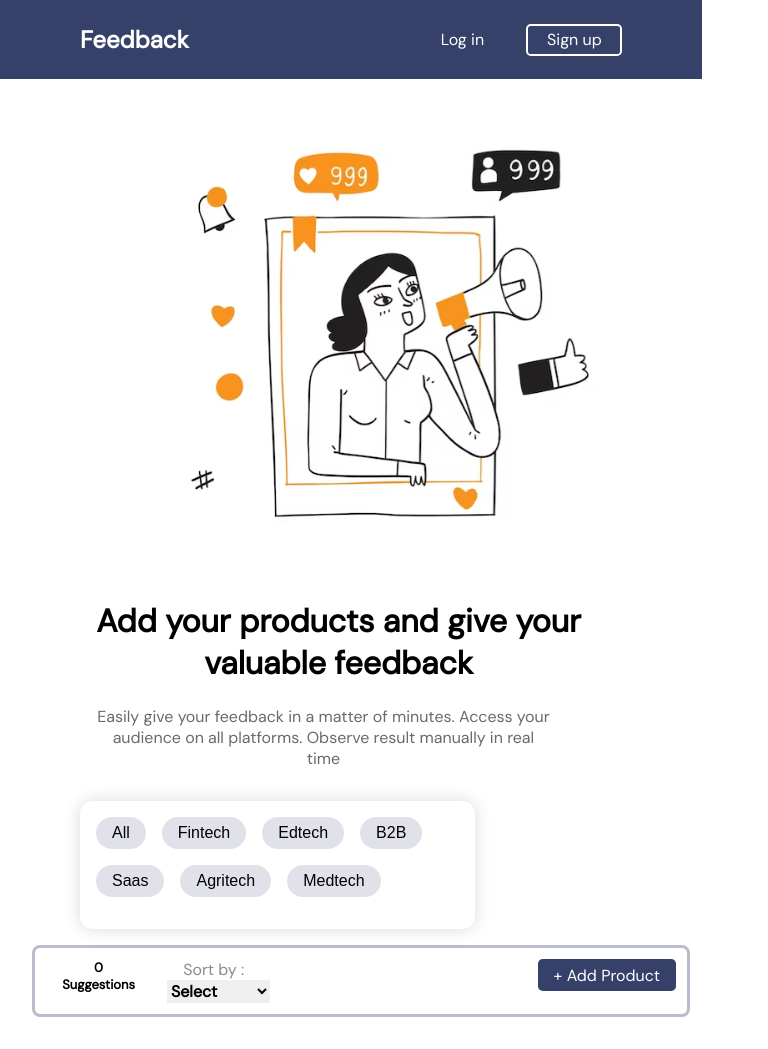
Repository: drumsmanku/final-evaluation-test
Page: / (app in client/)
The author's editor kept a copy of each file at every save. The page is drawn from the files as they stood at one save, then again after the next save.
The browser window is 768 px wide. The pictures show the whole page.
The page's requests for data from a server got no answer. The project was rebuilt for these pictures with package versions that can differ from the ones it lists, and the page was loaded fresh each time. No one was signed in, and anything a server would have sent is missing. Also part of the build but not shown: client/src/CSS/LoginPopUp.css, client/src/Components/LoginPopUp.js, client/src/CSS/SignupPopUp.css, client/src/Components/SignupPopUp.js, client/src/CSS/AddProductPopUp.css, client/src/Components/AddProductPopUp.js, client/src/Components/CommentsSection.js, client/src/CSS/SignUp.css and 3 more.

Above is the page before, as saved 2023-08-01 07:36:53.

### client/src/App.js
import './App.css';
import { BrowserRouter as Router, Route, Routes} from 'react-router-dom';
import MainPage from './Components/MainPage';
import SignUp from './Components/SignUp';
import Login from './Components/Login';
function App() {
  return (
    <div className="App">
      <Router>
        <Routes>
          <Route path='/' element={<MainPage/>}/>
          <Route path='/signup' element={<SignUp/>}/>
          <Route path='/login' element={<Login/>}/>
        </Routes>
      </Router>
    </div>
  );
}

export default App;

### client/src/Components/MainPage.js
import React, {useState, useEffect, useMemo} from 'react';
import '../CSS/MainPage.css';
import profile from'../Assets/profilepic.webp';
import img1 from '../Assets/frontphoto.png';
import axios from 'axios';
import comments from '../Assets/comments.png';
import { useNavigate } from 'react-router-dom';
import LoginPopUp from './LoginPopUp';
import SignupPopUp from './SignupPopUp';
import AddProductPopUp from './AddProductPopUp';
import CommentsSection from './CommentsSection';
import upvote from '../Assets/upvote.png';
import comment1 from '../Assets/comment1.png';

const buttonTitles=['All', 'Fintech', 'Edtech', 'B2B', 'Saas', 'Agritech', 'Medtech'];
const buttonStyles={
  padding:'0.2rem 1rem 0.2rem 1rem',
  backgroundColor:'#36416A26',
  fontSize:'medium',
  borderRadius:'1rem',
  border:'none',
  margin:'0 1rem 1rem 0',
  height:'2rem',
  textAlign:'center',
}
const productCardsStyles={
  padding:'1rem',

  width:'98%',
  marginBottom:'1rem',
  display: 'flex',
  borderRadius:'0.5rem'
}
const tagStyles={
  paddingRight:'1.3em',
  paddingLeft:'1.3em',
  backgroundColor:'#C0CEFF',
  fontSize:'small',
  borderRadius:'1rem',
  border:'none',
  height:'1.5rem',
  textAlign:'center',
  display:'flex',
  alignItems:'center',
  marginRight:'1rem',
}

function MainPage() {
  const navigate =useNavigate()
  const [categorySet, setCategorySet]=useState([]);
  const [user, setUser] = useState(localStorage.getItem('user'));
  const [isLoggedIn, setIsLoggedIn]=useState(false);
  const [products, setProdcts]=useState([]);
  const [showLoginModal, setShowLoginModal] = useState(false);
  const [showSignupModal, setShowSignupModal] = useState(false);
  const [showAddModal, setShowAddModal] = useState(false);
  const [isVisible, setIsVisible] = useState(false);
  const [commentProductId, setCommentProductId] = useState(null);
  const [sortOption, setSortOption] = useState('Select');


  useEffect(()=>{
    const User=localStorage.getItem('user');
    if(User){
      setIsLoggedIn(true);
    }

  }, []);




  const handleLogin = () => {
    setShowLoginModal(true);
  };
  const handleSignup = () => {
    setShowSignupModal(true);
  };
  const handleAdd = () => {
    if (isLoggedIn) {
      setShowAddModal(true);
    } else {
      setShowSignupModal(true);
    }
  };

  const handleShowComments = (productId) => {
    setCommentProductId(productId);
  };
  const handleLogout=()=>{
    localStorage.removeItem('user');
    setIsLoggedIn(false);
    navigate('/login');
  }
  const handleCategoryClick=(event)=>{
    const currentCat=event.target.value;
    if(!categorySet.includes(currentCat)){
      setCategorySet([...categorySet, event.target.value]);
      event.target.style.backgroundColor="#36416A"
    }
    else{
      setCategorySet(categorySet.filter(cat=>cat!=currentCat))
      event.target.style.backgroundColor="#36416A26"
    }

  }

  useEffect(()=>{
    const category=categorySet
    axios.get(`http://localhost:4000/get-prods?category=${category.join(',')}`)
    .then((res)=>{setProdcts(res.data.products);console.log(res.data.products)})
    .catch(err=>console.log(err))

  }, [categorySet]);

  const handleUpvotes=(prodId, event)=>{

    axios.post('http://localhost:4000/add-upvote', {
      productId: prodId,
      upvoteCount:1,
    })
    .then(window.location.reload())
    .catch(err=>console.log(err))
  }

  const sortedProducts = useMemo(() => {
    if (sortOption === 'upvotes') {
      return [...products].sort((a, b) => (b.upvoteCount || 0) - (a.upvoteCount || 0));
    } else if (sortOption === 'comments') {
      return [...products].sort((a, b) => (b.commentsCount || 0) - (a.commentsCount || 0));
    }
    return products;
  }, [products, sortOption]);



  return (
    <div className='main-container'>
      <div className="main-top-container">
        <div className='navbar' >
          <div style={{display:'flex',width:'100%', justifyContent:' space-between', alignItems:'center',}}>
          <h3 style={{marginLeft:'5rem', color:'white', fontSize:'1.5rem'}}>Feedback</h3>
          <div style={{display:'flex', marginRight:'5rem'}}>
              {isLoggedIn ? (
                <>
                  <button className='login-button-navbar' style={{background:'none', fontSize:'large', border:'none', fontFamily:'DM Sans', color:'white'}} onClick={handleLogout}>Logout</button>
                  <span className='user-name' style={{color:'white', fontFamily:'DM Sans', fontSize:'large', display:'flex', alignItems:'center', marginLeft:'1rem'}}>Hello! {user}</span>
                  <img src={profile} alt="" height={50} width={50} style={{borderRadius:'100%', marginLeft:'1rem'}} />
                </>
              ) : (
                <>
                   <button className="btn-main-page-login" type="submit" onClick={()=>{navigate('/login')}}>
                    Log in
                  </button>
                  <button type='submit'  className='btn-main-page-register' onClick={()=>{navigate('/signup')}} >Sign up</button>
                </>
              )}



            </div>
          </div>
        </div>
        <div className="title-desc">
          <img src={img1} alt="" height={500} style={{marginLeft:'3rem'}}/>
          <div className='both-texts' style={{display:'flex', flexDirection:'column', marginLeft:'2rem'}}>
              <h1 className='main-heading' style={{maxWidth:'80%'}}> Add your products and give your valuable feedback</h1>
              <span style={{maxWidth:'75%', color:'#6A6A6A'}}>Easily give your feedback in a matter of minutes. Access your audience on all platforms. Observe result manually in real time</span>
          </div>
        </div>
      </div>
      <div className="main-bottom-container">
        <div className="bottom-left">
          <article className='apply-filter' style={{backgroundColor:'#36416A', width:'74%', color:'white', paddingTop:'2rem', borderRadius:'0.8rem', marginBottom:'2rem'}}>
            <h2 style={{marginBottom:'0.4rem',marginLeft:'1rem'}}>Feedback</h2>
            <h5 style={{marginTop:0, marginLeft:'1rem'}}>Apply Filter</h5>
          </article>
          <article className='mapped-cats'style={{width:'65%', borderRadius:'0.8rem', padding:'1em', boxShadow:'0 0 17px #00000026',}}>
             {buttonTitles.map((title, idx)=>(
              <button value={title} onClick={handleCategoryClick} style={{...buttonStyles}} key={idx}>{title}</button>
             ))}
          </article>
        </div>
        <div className="bottom-right">
          <div className='bottom-top-right'>
            <div style={{display:'flex', width:'30%', justifyContent:'space-between',marginLeft:'1rem'}}>
              <span className='suggestions' style={{ fontWeight:'bold', }}>{products.length} Suggestions</span>
              <span>
                <label style={{ fontSize: 'medium', color: '#8B8B8B', marginRight:'0.6rem' }} htmlFor="sort">Sort by :</label>
                <select className='select' style={{border:'none', outline:'none', fontFamily:'DM Sans', fontSize:'medium', fontWeight:'bold'}} value={sortOption} onChange={(e) => setSortOption(e.target.value)}>
                  <option value="Select">Select</option>
                  <option value="upvotes">Upvotes</option>
                  <option value="comments">Comments</option>
                </select>
              </span>
            </div>
            <button className='add-product-button' onClick={handleAdd}>+ Add Product</button>
          </div>
          {showLoginModal && <LoginPopUp closeModal={() => setShowLoginModal(false)} showLoginModal={showLoginModal} setShowSignupModal={setShowSignupModal} />}
          {showSignupModal && (
              <SignupPopUp
                closeModal={() => setShowSignupModal(false)}
                showSignupModal={showSignupModal}
                setShowLoginModal={setShowLoginModal}
              />
            )}
          {isLoggedIn ? (
            showAddModal && (
              <AddProductPopUp
                closeModal={() => setShowAddModal(false)}
                showAddModal={showAddModal}
              />
            )
          ) : (
            showSignupModal && (
              <SignupPopUp
                closeModal={() => setShowSignupModal(false)}
                showSignupModal={showSignupModal}
                setShowLoginModal={setShowLoginModal}
              />
            )
          )}


          <div className="product-cards">
            {
              sortedProducts.map((product, key)=>(
                <div className='main-card-container-div' style={{display:'flex', flexDirection:'column', backgroundColor:'#36416A26',marginBottom:'1rem',borderRadius:'0.5rem', padding:'0 1rem 0 1rem'}}>
                  <div style={{...productCardsStyles}}>
                    <div className='logo' style={{width:'10%'}}>{product.logoURL}</div>
                    <div style={{display:'flex', justifyContent:'space-between', width:"90%"}}>
                      <div className="card-main-info">
                        <h2 style={{marginTop:0, marginBottom:'0.5rem', color:'#36416A'}}>{product.companyName}</h2>
                        <span style={{marginBottom:'1rem'}}>{product.description}</span>
                        <div style={{display:'flex', width:'40%', justifyContent:'space-between'}}>
                          <div style={{display:'flex'}}>
                            {product.category.map((catTitle, idx)=>(
                              <span style={{...tagStyles}}>{catTitle}</span>
                            ))}
                          </div>
                          <button className='comments-button' onClick={() => handleShowComments(product._id)}> <img style={{marginRight:'0.3rem'}} src={comments} alt="" height={25}  />Comment</button>
                        </div>
                      </div>
                      <div className="upvotes">
                        <div className="upvote-container">
                          <button onClick={()=>{handleUpvotes(product._id)}} style={{background:'none', outline:'none', border:'none', cursor:'pointer'}}><img style={{}} src={upvote} alt="" /></button>
                          <span>{product.upvoteCount || 0}</span>
                        </div>
                        <div className='comments-and-edit' style={{height:'50%', display:'flex', alignItems:"center", width:'230%'}}>
                          {isLoggedIn && (<button className='edit-popup-button' type="submit" style={{ cursor:'pointer'}} >Edit</button>)}
                          <div className="comment-count" style={{}}>
                            {product.commentsCount || 0}
                            <img src={comment1} alt="" height={20} style={{marginLeft:'0.2rem'}} />
                          </div>

                        </div>
                      </div>
                    </div>
                  </div>
                  {commentProductId === product._id && <CommentsSection productId={product._id}   />}
                </div>

              ))
            }
          </div>
        </div>
      </div>
    </div>
  )
}

export default MainPage

### client/src/CSS/MainPage.css
@import url('https://fonts.googleapis.com/css2?family=DM+Sans&display=swap');

body{
  font-family: 'DM Sans';
}
.main-container{
  height: 100vh;
  width: 98vw;
  display: flex;
  flex-direction: column;

}
.main-top-container{
  width: 100.5%;
}
.btn-main-page-login{
  height: 2rem;
  width: 6rem;
  font-weight: 500;
  font-size: medium ;
  background: none;
  border: none;
  border-radius: 0.3rem;
  margin-left: 1rem;
  margin-bottom:0;
  color: white;
  font-family: 'DM Sans';
  cursor: pointer;
}
.btn-main-page-register{
  height: 2rem;
  width: 6rem;
  font-size: medium;
  font-weight: 500;
  background-color: #36416A;
  border: 2px solid white;
  border-radius: 0.3rem;
  margin-left: 1rem;
  margin-bottom:0;
  color: white;
  font-family: 'DM Sans';
  cursor: pointer;
}
.navbar{
  width: 100%;
  background-color: #36416A;
}
.title-desc{
  width: 100%;
  display: flex;
  align-items: center;
  justify-content: space-around;

}
.bottom-left{
  width: 20%;
  display: flex;
  flex-direction: column;
  align-items: center;
  margin-left: 2rem;

}
.mapped-cats{
  width:65%;
  border-radius:0.8rem;
  padding:1em;
  box-shadow:0 0 17px #00000026;
}
.bottom-right{
  width: 75%;
}
.main-bottom-container{
  width:100%;
  display: flex;
}
.bottom-top-right{
  width: 98%;
  display: flex;
  justify-content: space-between;
  border: 3px solid #36416A59;
  padding: 0.7rem;
  border-radius: 0.5rem;

}
.add-product-button{
  height: 2rem;
  font-size: medium;
  font-weight: 500;
  background-color: #36416A;
  border:none;
  border-radius: 0.3rem;
  margin-left: 1rem;
  margin-bottom:0;
  color: white;
  font-family: 'DM Sans';
  cursor: pointer;
  padding-left: 1em;
  padding-right: 1em;
}
.product-cards{
  width: 100%;
  display: flex;
  padding-top: 2rem;
  flex-direction: column;
}
.card-main-info{
  width: 100%;
  display: flex;
  flex-direction: column;
}
.comments-button{
  color: #ABABAB;
  border: none;
  outline: none;
  background: none;
  font-size: small;
  letter-spacing: 0.1rem;
  display:flex;
  align-items: center;
  cursor: pointer;
}
.upvotes{
  width: 10%;
  display: flex;
  flex-direction: column;
  align-items: center;
  justify-content: space-between;
}
.upvote-container{
  display: flex;
  flex-direction: column;
  justify-content: space-between;
  padding: 0.5rem 0.2rem 0.5rem 0.2rem;
  background-color: #C7CBD6;
  border-radius:1rem;
  align-items: center;
}
.comment-count{
  display: flex;
  align-items: center;

  height: 100%;
  width: 100%;
  margin-left: 1rem;
}
.edit-popup-button{
  padding-left: 1.7rem;
  padding-right: 1.7rem;
  color: white;
  height: 2rem;
  font-size: medium;
  border-radius: 1rem;
  border: none;
  background-color: #36416A;

}
@media (max-width: 768px) {
  .main-container {
    flex-direction: column;
    width: 91vw;
  }
  .title-desc{
    flex-direction: column;
  }
  .both-texts{
    margin-bottom: 2rem;
    padding-left: 4rem;
  }
  .apply-filter{
    display: none;
  }
  .main-heading{
    max-width: 90%;
  }
  .main-bottom-container{
    flex-direction: column;
    justify-content: center;
  }
  .mapped-cats{
    display: flex;
    width: 120%;
    margin-bottom: 1rem;
    flex-wrap: wrap;
  }
  .bottom-left{
    width: 80%;
    display: flex;
    flex-direction: row;
    padding-left: 3rem;
  }
  .bottom-top-right{
    width: 82vw;
    font-size: small;
    margin-left: 2rem;
  }
  .suggestions{
    width: 100%;
    margin-right: 2rem;
  }
  .product-cards{
    width: 90vw;
  }
  .main-card-container-div{
    width: 90%;
    font-size: small;
    margin-left: 2rem;

  }
  .comments-and-edit{
    display: block;
    flex-wrap: wrap;
  }
  .edit-popup-button{
    font-size: small;
    padding-left: 1rem;
    padding-right: 1rem;
    margin-top: 0.7rem;
  }
  .user-name{
    justify-content: center;
    text-align: center;
    margin-left: 0rem;
  }
  .login-button-navbar{
    margin-left: 1rem;
  }


}
@media (max-width: 480px) {
  .main-container {
    flex-direction: column;
  }
  .title-desc{
    flex-direction: column;
  }
}

Loaded but not shown: client/public/index.html (common file); client/src/index.js (common file); client/src/index.css (common file); client/src/App.css (common file)

After the next save:
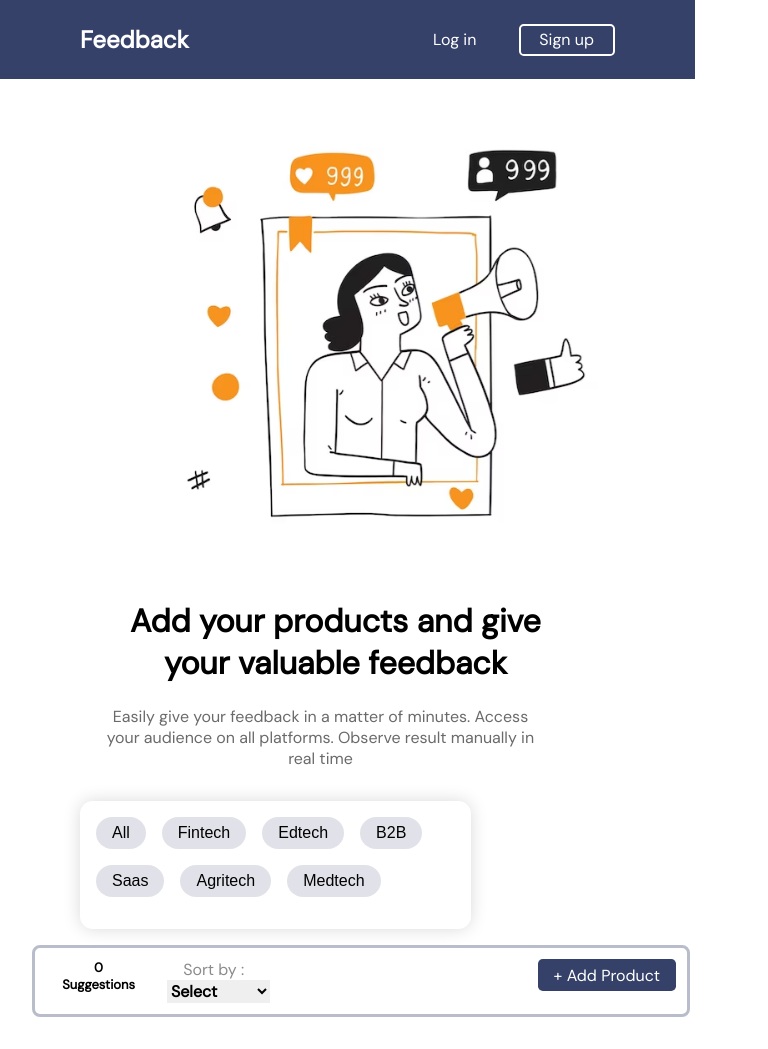
Saved 12 s later.
--- a/client/src/CSS/MainPage.css
+++ b/client/src/CSS/MainPage.css
@@ -157,7 +157,7 @@ body{
 @media (max-width: 768px) {
   .main-container {
     flex-direction: column;
-    width: 91vw;
+    width: 90vw;
   }
   .title-desc{
     flex-direction: column;
